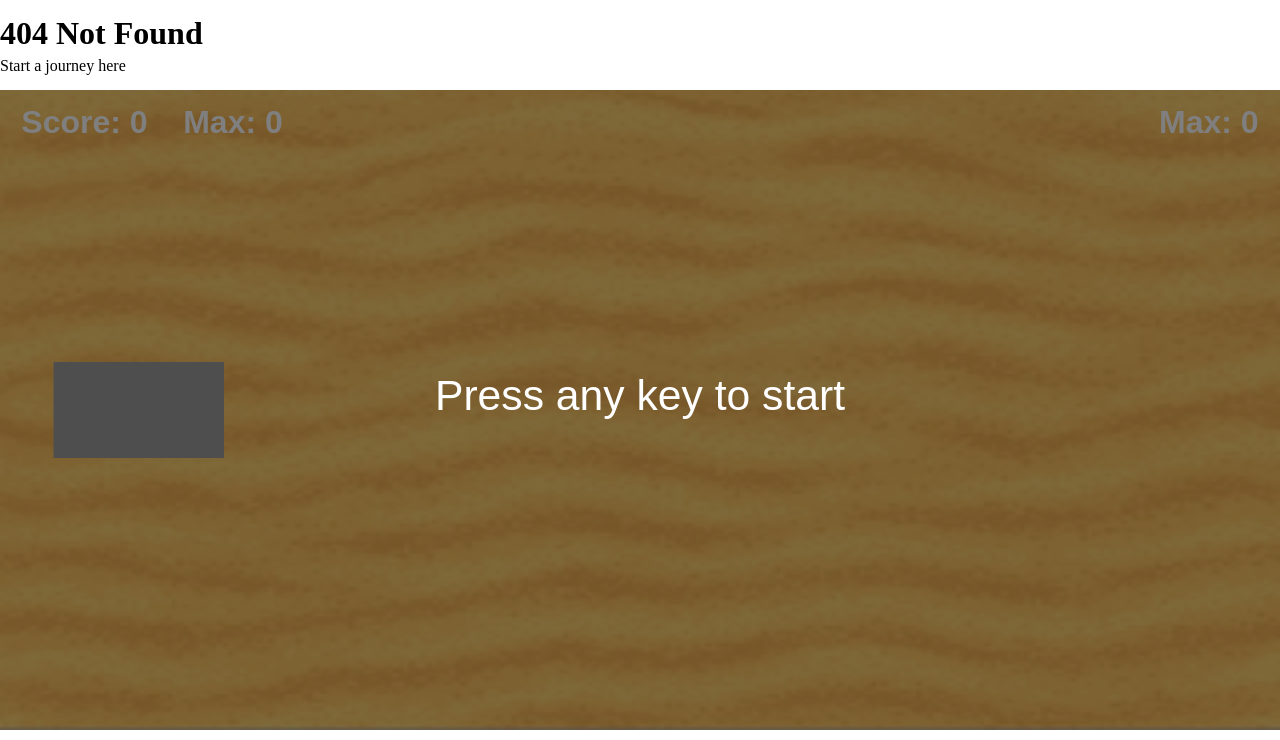
Repository: btgoo/game
Page: car.html
The author's editor kept a copy of each file at every save. The page is drawn from the files as they stood at one save, then again after the next save.
The browser window is 1280 px wide. The pictures show the whole page.

Above is the page before, as saved 2025-10-26 02:27:47.

After the next save:
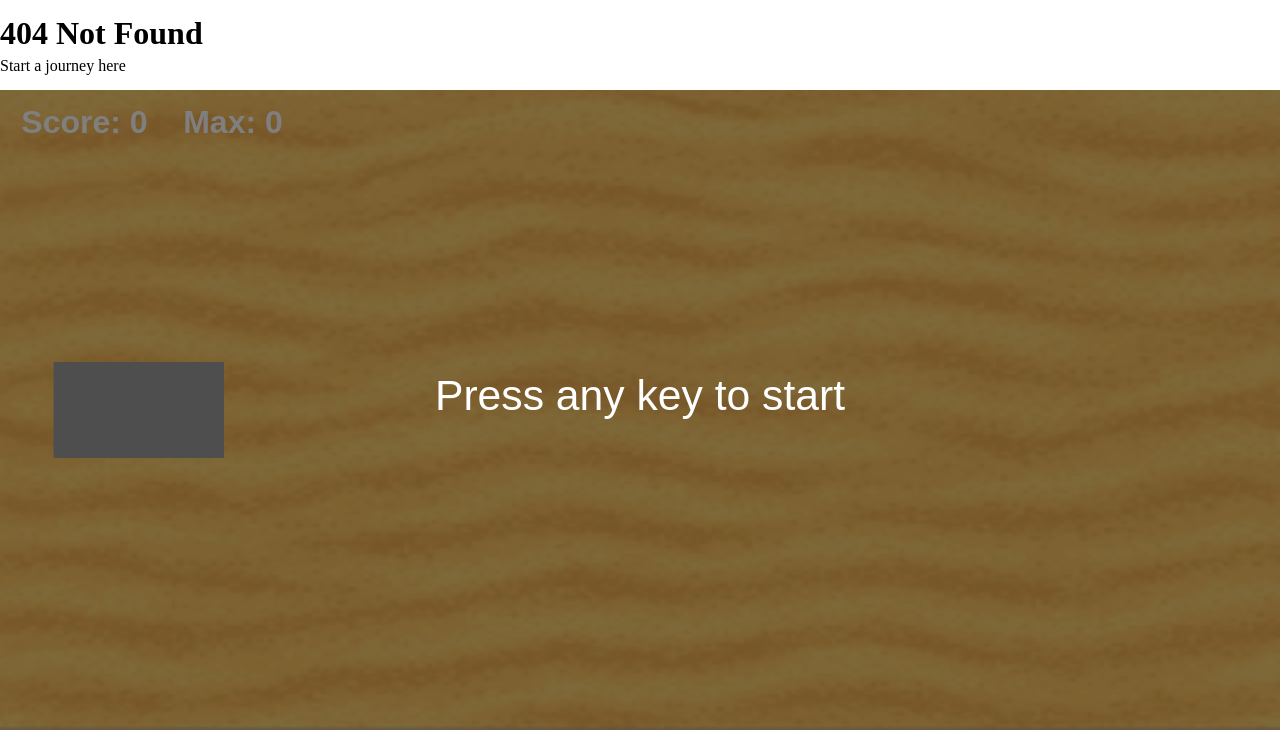
Saved 17 s later.
--- a/carscript.js
+++ b/carscript.js
@@ -130,9 +130,6 @@ function drawScene() {
     ctx.font = `bold ${30 * scaleRatio}px Arial`;
     ctx.textAlign = "left";
     ctx.fillText(`Score: ${score}    Max: ${maxScore}`, 20 * scaleRatio, 40 * scaleRatio);
-
-    ctx.textAlign = "right";
-    ctx.fillText(`Max: ${maxScore}`, canvas.width - 20 * scaleRatio, 40 * scaleRatio);
 
     if (backgroundX * scaleRatio >= bgWidth) backgroundX = 0;
 
